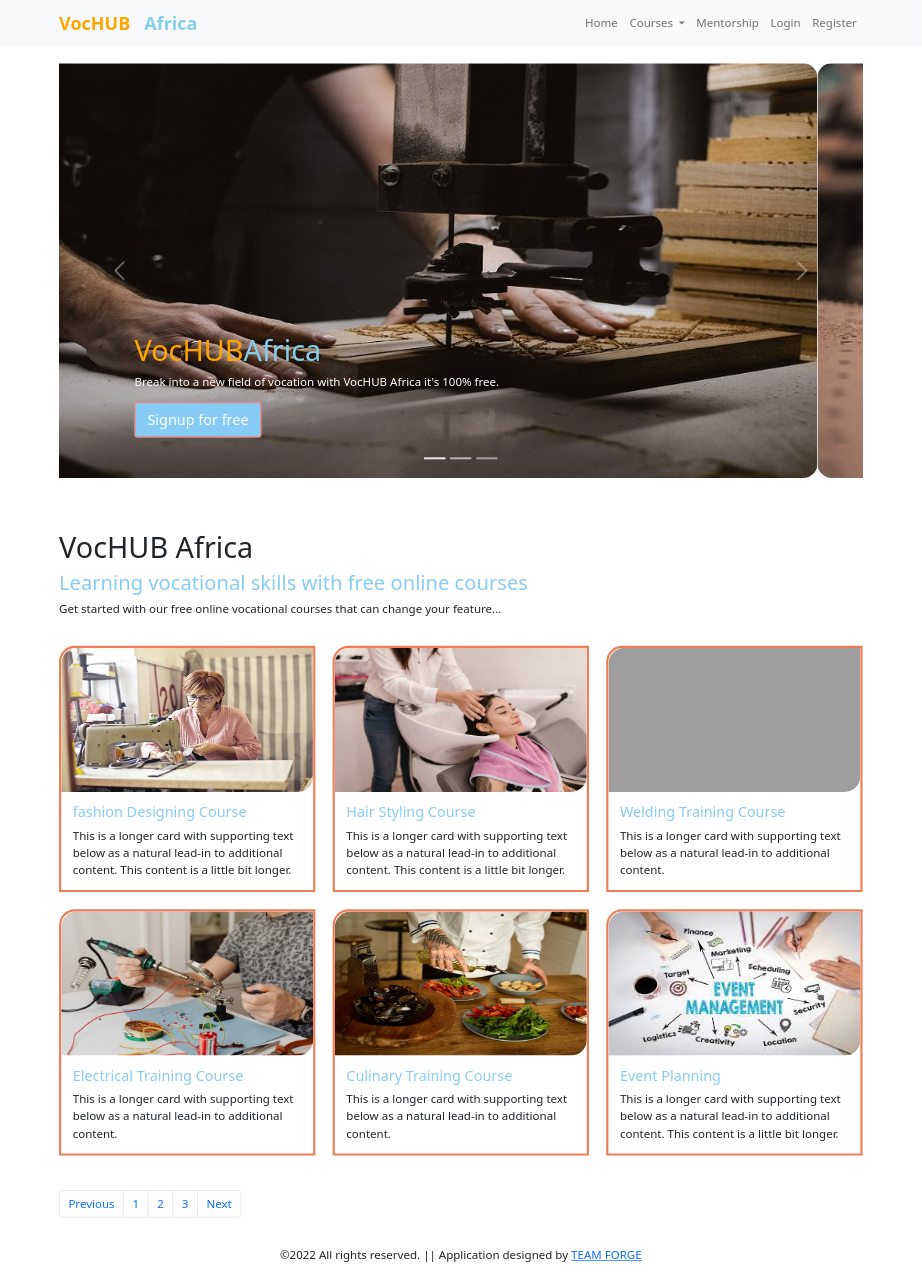
Repository: EKem01/VocHUB-Africa-Project
Page: / (app in client/)
An editor plug-in stored every save of this project. The page is shown before and after a run of saves, followed by the edit.
The browser window is 1280 px wide. The pictures show the whole page, at 72% of full size.
Pictures or frames that could not be fetched are drawn as grey boxes. The project was rebuilt for these pictures with package versions that can differ from the ones it lists, and the page was loaded fresh each time. Also part of the build but not shown: client/angular.json, client/src/app/components/login/login.component.ts, client/src/app/components/register/register.component.ts, client/src/app/components/courses/fashion-designing/fashion-designing.component.ts, client/src/app/components/courses/hair-styling/hair-styling.component.ts, client/src/app/components/dashboard/dashboard.component.ts, client/src/app/components/logout/logout.component.ts, client/src/app/components/mentorship/mentorship.component.ts.

Above is the page before, as saved 2022-06-13 23:38:47.

After the next 2 saves:
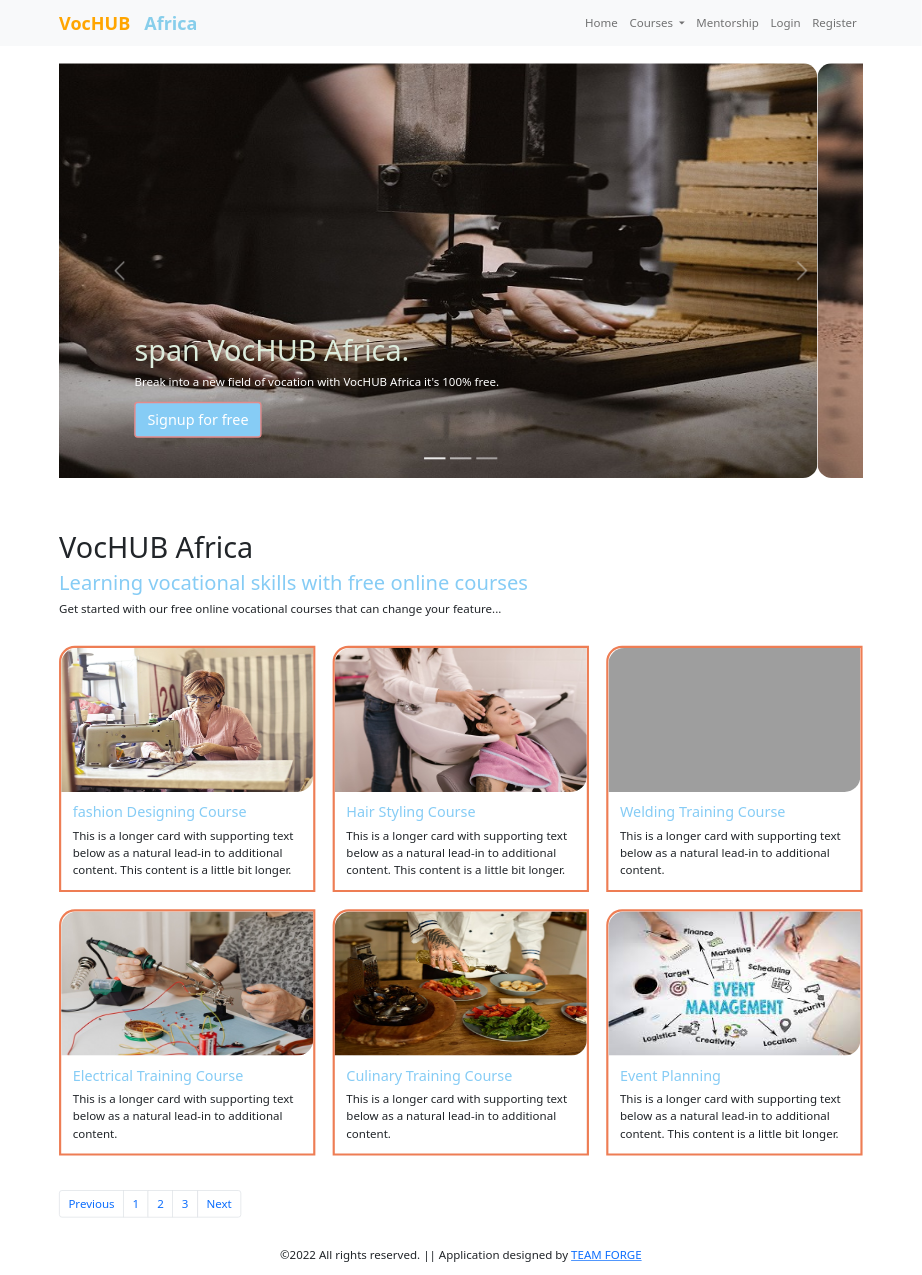
The 2 saves are shown as one change because they came seconds apart.
The last was saved 20 s later.
--- a/client/src/app/components/home/home.component.html
+++ b/client/src/app/components/home/home.component.html
@@ -11,7 +11,7 @@
 
       <div class="container">
         <div class="carousel-caption text-start">
-          <h1> <span style="color: orange;">VocHUB</span> <span style="color: skyblue;">Africa</span></h1>
+          <h1> span VocHUB Africa.</h1>
           <p >Break into a new field of vocation with VocHUB Africa it's 100% free.</p>
           <p><a class="btn btn-lg btn-primary course-btn" routerLink="/register">Signup for free</a></p>
         </div>
